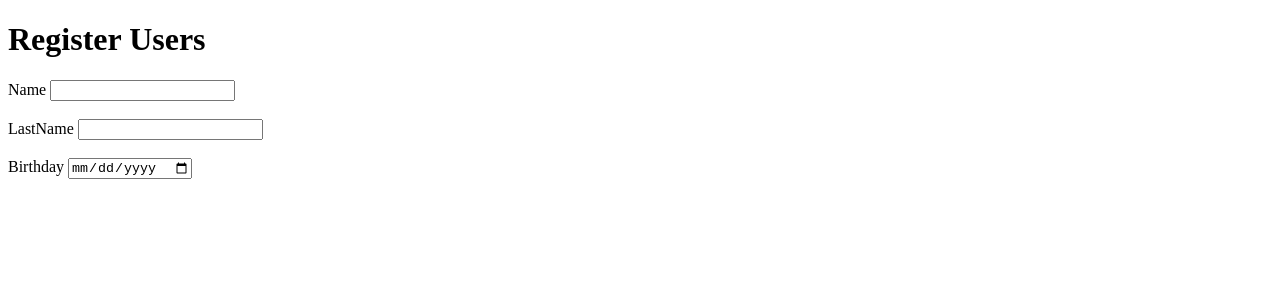
Repository: dimhernandezca/app-arquitectura-enlanube
Page: templates/register.html
The author's editor kept a record of every edit. The page is drawn from the files as they stood at one moment, then again after the next edit.
The browser window is 1280 px wide. The pictures show the whole page.

Above is the page before.

### templates/register.html
<!DOCTYPE html>
<html>
    <head>
        <meta http-equiv="content-type" content="text/html; charset=utf-8" />
        <title>Registrar Usuarios</title>

    </head>
    <body>
        <h1>Register Users</h1>
        <form>
            <label>Name</label> <input type="text"/> <br> <br>
            <label>LastName</label> <input type="text"> <br> <br>
            <label>Birthday</label> <input type="date"> <br> <br>
        </form>

    </body>
</html>

After the next edit:
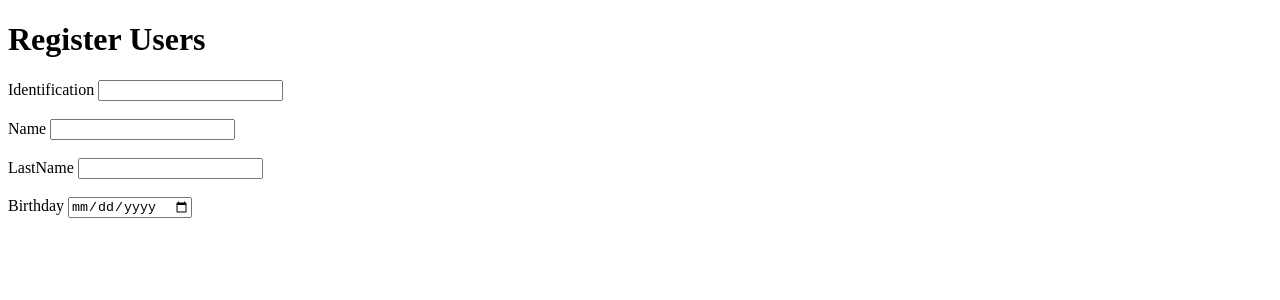
The edit:
--- a/templates/register.html
+++ b/templates/register.html
@@ -8,6 +8,7 @@
     <body>
         <h1>Register Users</h1>
         <form>
+            <label>Identification</label> <input type="number"/> <br> <br>
             <label>Name</label> <input type="text"/> <br> <br>
             <label>LastName</label> <input type="text"> <br> <br>
             <label>Birthday</label> <input type="date"> <br> <br>
